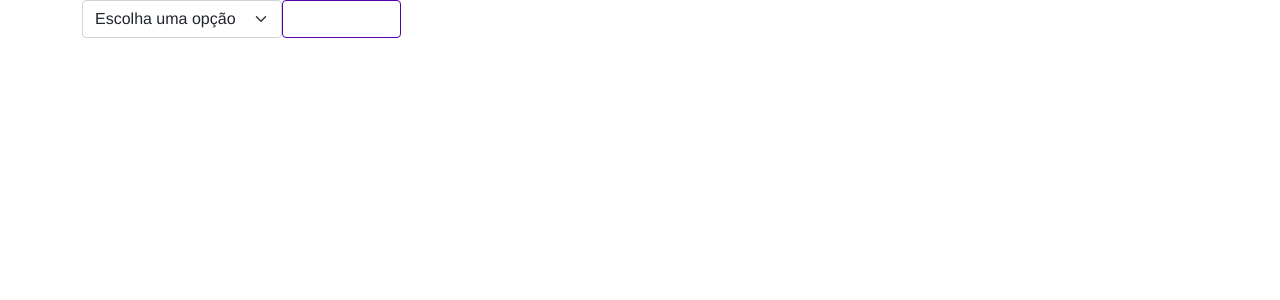
Repository: LuismGil/Countries-list
Page: /
The author's editor kept a copy of each file at every save. The page is drawn from the files as they stood at one save, then again after the next save.
The browser window is 1280 px wide. The pictures show the whole page.
The project was rebuilt for these pictures with package versions that can differ from the ones it lists, and the page was loaded fresh each time.

Above is the page before, as saved 2021-05-22 21:22:30.

### public/index.html
<!DOCTYPE html>
<html lang="">
  <head>
    <meta charset="utf-8">
    <meta http-equiv="X-UA-Compatible" content="IE=edge">
    <meta name="viewport" content="width=device-width,initial-scale=1.0">
    <link rel="icon" href="<%= BASE_URL %>favicon.ico">
    <link href="https://cdn.jsdelivr.net/npm/bootstrap@5.0.1/dist/css/bootstrap.min.css" rel="stylesheet" integrity="sha384-+0n0xVW2eSR5OomGNYDnhzAbDsOXxcvSN1TPprVMTNDbiYZCxYbOOl7+AMvyTG2x" crossorigin="anonymous">
    <title><%= htmlWebpackPlugin.options.title %></title>
  </head>
  <body>
    <noscript>
      <strong>We're sorry but <%= htmlWebpackPlugin.options.title %> doesn't work properly without JavaScript enabled. Please enable it to continue.</strong>
    </noscript>
    <div id="app"></div>
    <!-- built files will be auto injected -->
  </body>
</html>

### src/App.vue
<template>
  <div id="app">
    <!-- <mv-header /> -->
    <Home></Home>

  </div>
</template>

<script>
// import MvHeader from './components/MvHeader.vue';
import Home from './views/Home.vue';

export default {
  name: 'App',
  components: {
    // MvHeader,
    Home,
  },
};
</script>

<style>
#app {
  color: #2c3e50;
  font-family: Avenir, Helvetica, Arial, sans-serif;
  -webkit-font-smoothing: antialiased;
  -moz-osx-font-smoothing: grayscale;
  text-align: center;
}
</style>

### src/views/Home.vue
<template>
  <div>
    <mv-countries></mv-countries>

  </div>
</template>

<script>
import MvCountries from '../components/MvCountries.vue';

export default {
  components: { MvCountries },

};
</script>

<style>

</style>

### src/components/MvCountries.vue
<template>
  <div>
    <div class="container">
    <select class="form-select form-width" aria-label="Escolha uma opção">
      <option selected disabled>Escolha uma opção</option>
      <option value="1">Região</option>
      <option value="2">Capital</option>
      <option value="3">Língua</option>
      <option value="4">País</option>
      <option value="5">Código de ligação</option>
    </select>
    <mv-button class="btn-find" >
        <span class="btn-span">PESQUISAR</span>
    </mv-button>
    </div>

  </div>
</template>

<script>
import MvButton from './MvButton.vue';

export default {
  components: { MvButton },

};
</script>

<style>
.container {
  display: flex;
  flex-direction: row;
}

.form-width {
  width: 200px;
}

.btn-span {
   color: #fff;
}

</style>

### src/components/MvButton.vue
<template>
  <div>
    <button type="button" class="btn btn-outline btn-color">
      <slot></slot>
      </button>
  </div>
</template>

<script>
// import MvArrowIcon from './MvArrowIcon.vue';

export default {
  // components: { MvArrowIcon },

};
</script>

<style>
.btn-color {
  border-color: #5600AB;
  color: #5600AB;
}

.btn-color:hover {
  color: #fff;
  background-color: #c599f2;
}

</style>

Loaded but not shown: src/main.js (common file)

After the next save:
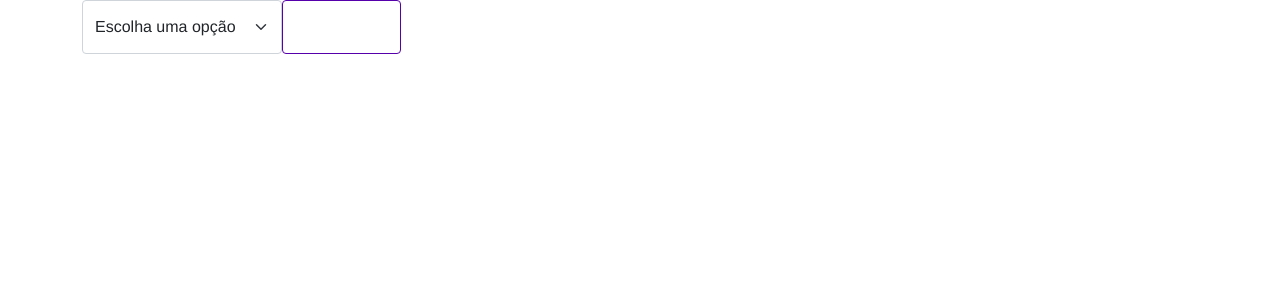
Saved 26 s later.
--- a/src/components/MvCountries.vue
+++ b/src/components/MvCountries.vue
@@ -10,7 +10,7 @@
       <option value="5">Código de ligação</option>
     </select>
     <mv-button class="btn-find" >
-        <span class="btn-span">PESQUISAR</span>
+        <p class="btn-span">PESQUISAR</p>
     </mv-button>
     </div>
 
